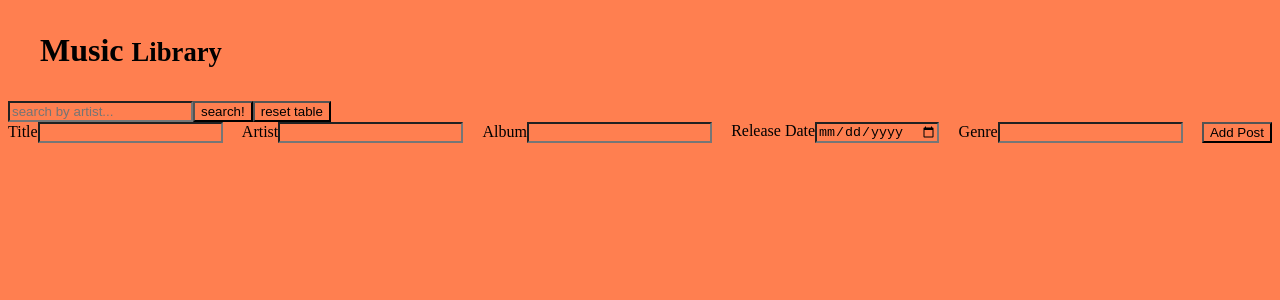
Repository: Jcparks84/Music_Library_frontend
Page: /
The author's editor kept a copy of each file at every save. The page is drawn from the files as they stood at one save, then again after a run of saves.
The browser window is 1280 px wide. The pictures show the whole page.
The page's requests for data from a server got no answer. The project was rebuilt for these pictures with package versions that can differ from the ones it lists, and the page was loaded fresh each time. No one was signed in, and anything a server would have sent is missing. Also part of the build but not shown: src/Components/NavBar/NavBar.css.

Above is the page before, as saved 2022-08-10 17:07:38.

After the next 3 saves:
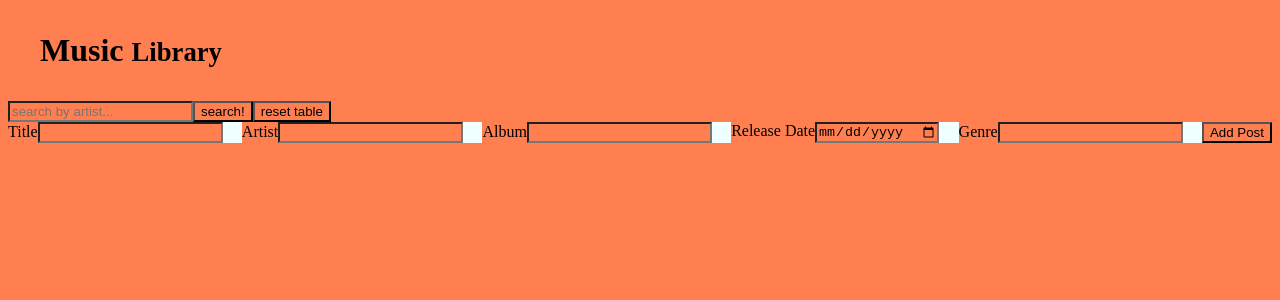
The 3 saves are shown as one change because they came seconds apart.
The last was saved 18 s later.
--- a/src/Components/AddMusic/AddMusic.css
+++ b/src/Components/AddMusic/AddMusic.css
@@ -3,4 +3,5 @@
     height: 100%;
     justify-content: space-between;
     align-items: center;
+    background-color: azure;
 }

After the save that followed:
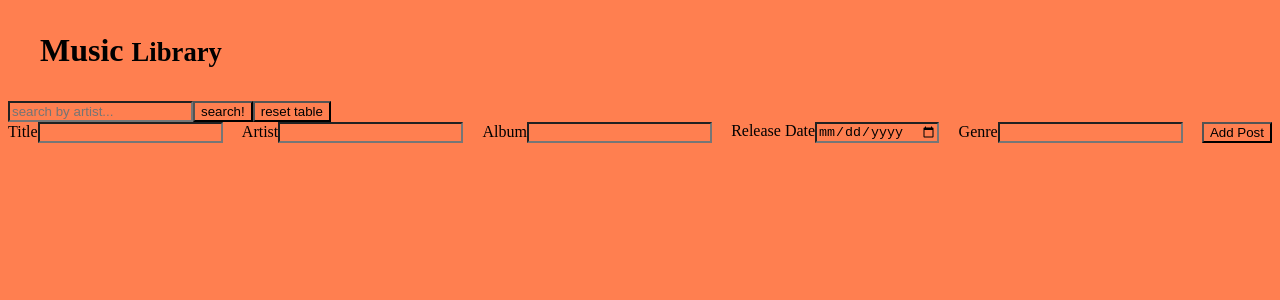
Saved 11 s later.
--- a/src/Components/AddMusic/AddMusic.css
+++ b/src/Components/AddMusic/AddMusic.css
@@ -3,5 +3,4 @@
     height: 100%;
     justify-content: space-between;
     align-items: center;
-    background-color: azure;
 }
